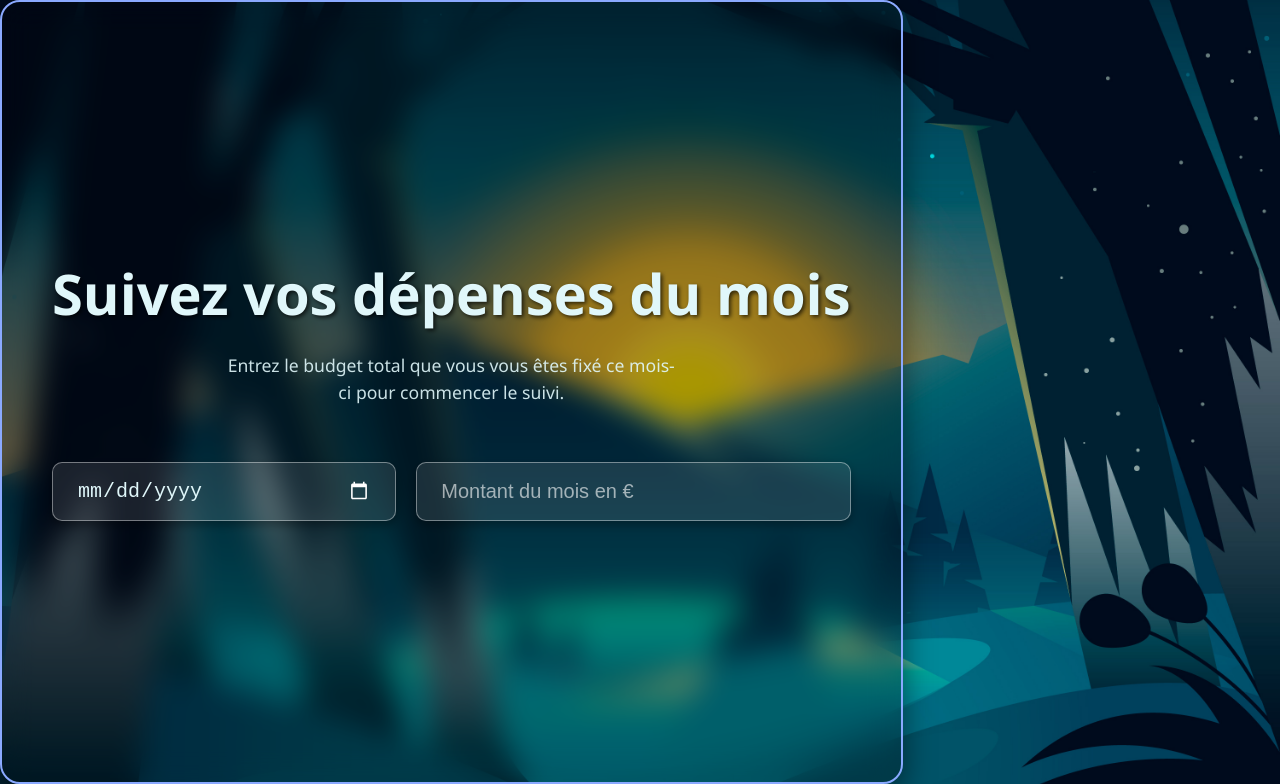
Repository: Alexandre74739/depense-react
Page: /
An editor plug-in stored every save of this project. The page is shown before and after the next save, followed by the edit.
The browser window is 1280 px wide. The pictures show the whole page.
Backgrounds fixed to the window are drawn as part of the page. The project was rebuilt for these pictures with package versions that can differ from the ones it lists, and the page was loaded fresh each time. Also part of the build but not shown: vite.config.js.

Above is the page before, as saved 2025-11-21 19:42:22.

After the next save:
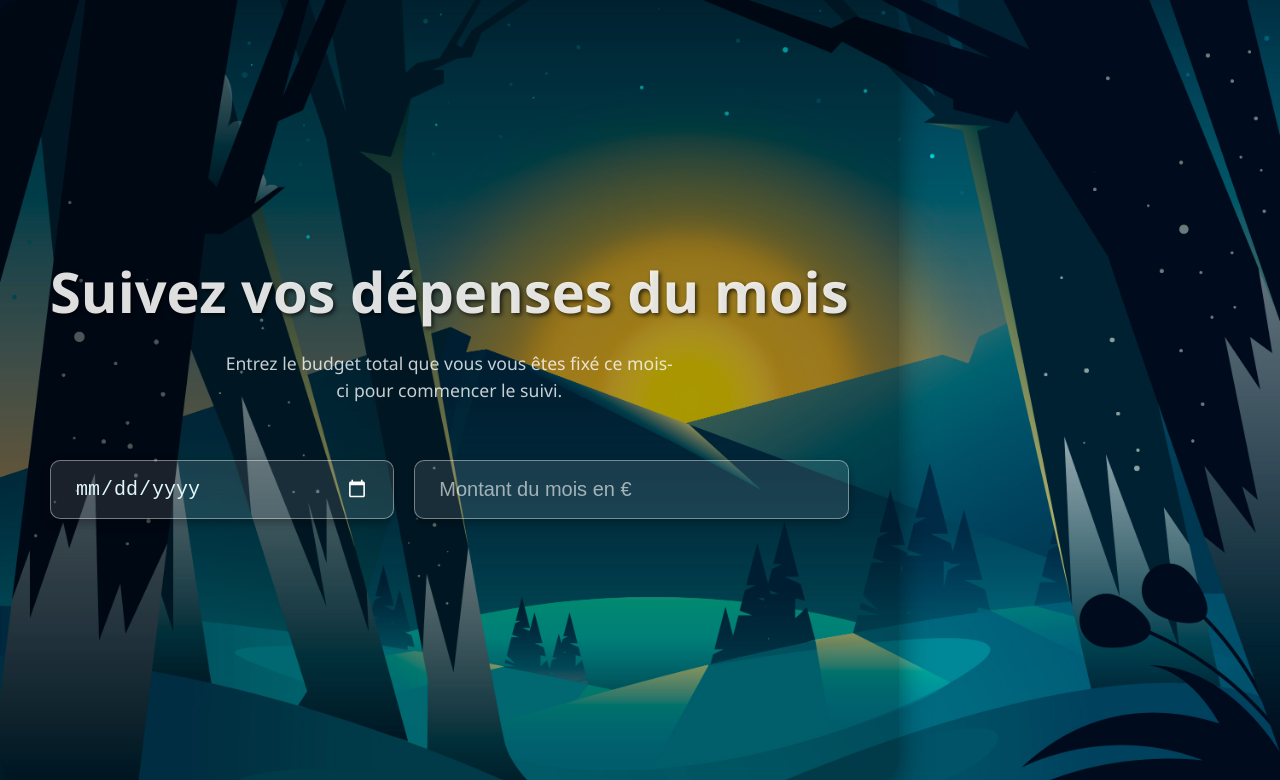
Saved 8 s later.
--- a/src/App.css
+++ b/src/App.css
@@ -1,8 +1,5 @@
 :root {
-  --color-primary: #8aa9ff;
-  --color-text: #e0f7fa;
-  --color-background: #1e3a8a;
-  --blur-intensity: 15px;
+
 }
 
 body {

After the save that followed:
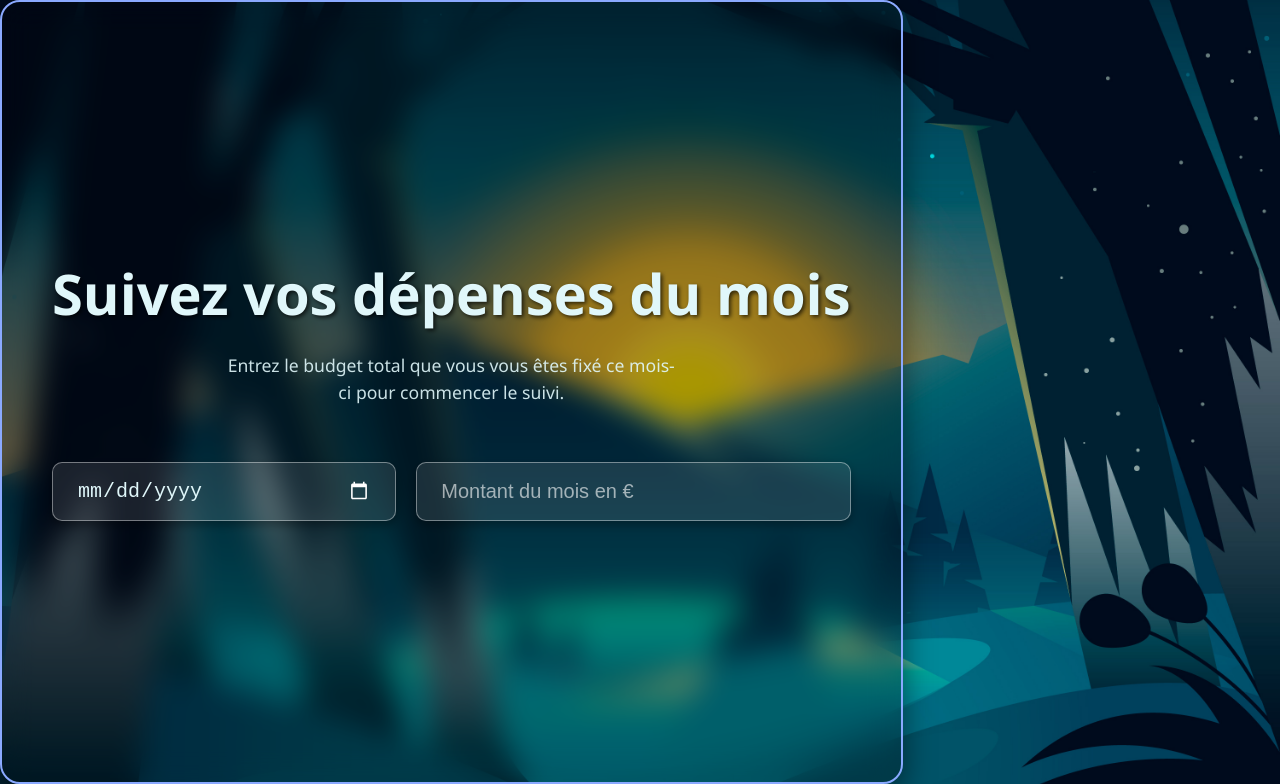
Saved 4 s later.
--- a/src/App.css
+++ b/src/App.css
@@ -1,5 +1,8 @@
 :root {
-
+  --color-primary: #8aa9ff;
+  --color-text: #e0f7fa;
+  --color-background: #1e3a8a;
+  --blur-intensity: 15px;
 }
 
 body {
